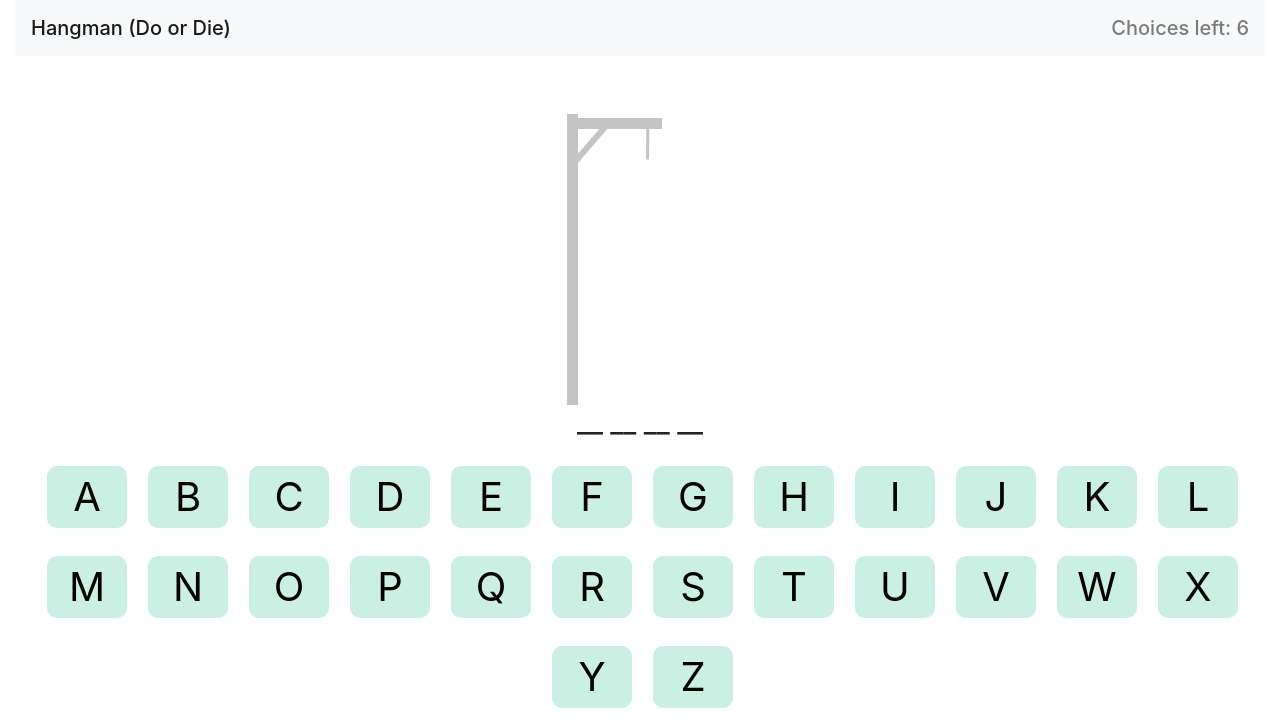
Repository: jatinhchanchlani/hangman
Page: /
These files come from the project's save history. The page is drawn as it stood at one moment and after the next save; the edit follows.
The browser window is 1280 px wide. The pictures show the whole page.
The project was rebuilt for these pictures with package versions that can differ from the ones it lists, and the page was loaded fresh each time. Also part of the build but not shown: src/App.css, src/components/playAgain.jsx.

Above is the page before, as saved 2020-10-25 21:07:59.

### src/index.js
import React from 'react';
import ReactDOM from 'react-dom';
import './index.css';
import App from './App';
import * as serviceWorker from './serviceWorker';
import 'bootstrap/dist/css/bootstrap.css';

ReactDOM.render( <
  React.StrictMode >
  <
  App / >
  <
  /React.StrictMode>,
  document.getElementById('root')
);

// If you want your app to work offline and load faster, you can change
// unregister() to register() below. Note this comes with some pitfalls.
// Learn more about service workers: https://bit.ly/CRA-PWA
serviceWorker.unregister();

### src/App.js
import React from 'react';
import './App.css';
import Game from './components/game';

function App() {
  return ( <
    Game / >
  );
}

export default App;

### src/components/game.jsx
import React, { Component } from "react";
import Header from "./header";
import PlayAgain from "./playAgain";
import { getOutputCharacters } from "../model/cities";
import OutputCharacters from "./outputCharacters";
import Hangman from "./image";
import InputCharacters from "./inputCharacters";

const MAX_CHOICES = 6;

class Game extends Component {
  state = {
    maxChoices: MAX_CHOICES,
    choicesLeft: MAX_CHOICES,
    outputCharacters: getOutputCharacters(),
    inputCharacters: this.getAllLetters(),
  };

  render() {
    return (
      <div className="container-fluid">
        <Header choicesLeft={this.state.choicesLeft} />

        <div className="text-center">
          <Hangman
            choicesLeft={this.state.choicesLeft}
            maxChoices={this.state.maxChoices}
          />
        </div>

        <div className="text-center">
          <OutputCharacters
            characters={this.state.outputCharacters}
            gameLost={this.gameLost()}
          />
        </div>

        <div className="text-center">
          <InputCharacters
            characters={this.state.inputCharacters}
            onClick={(character) => this.handleInputCharacterClicked(character)}
            gameWon={this.gameWon()}
            gameLost={this.gameLost()}
          />

          <PlayAgain
            gameWon={this.gameWon()}
            gameLost={this.gameLost()}
            onClick={() => this.handleReset()}
          />
        </div>
      </div>
    );
  }

  handleInputCharacterClicked(character) {
    if (character.canClick) {
      const { outputCharacters, inputCharacters, choicesLeft } = this.state;
      outputCharacters
        .filter((c) => c.value.toUpperCase() === character.value)
        .map((c) => (c.guessed = true));

      const letterMatch = outputCharacters.some(
        (c) => c.value.toUpperCase() === character.value
      );

      const choices = letterMatch ? choicesLeft : choicesLeft - 1;

      const l = inputCharacters.indexOf(character);
      inputCharacters[l].canClick = false;
      this.setState({
        choicesLeft: choices,
        inputCharacters: inputCharacters,
        outputCharacters: outputCharacters,
      });
    }
  }

  gameWon() {
    return this.state.outputCharacters.every((c) => c.guessed === true);
  }

  gameLost() {
    return this.state.choicesLeft === 0;
  }

  handleReset() {
    this.setState({
      maxChoices: MAX_CHOICES,
      choicesLeft: MAX_CHOICES,
      outputCharacters: getOutputCharacters(),
      inputCharacters: this.getAllLetters(),
    });
  }

  getAllLetters() {
    return Array(26)
      .fill()
      .map((_, index) => String.fromCharCode("A".charCodeAt(0) + index))
      .map((char) => ({ value: char, canClick: true }));
  }
}

export default Game;

### src/components/header.jsx
import React, { Component } from "react";

class Header extends Component {
  render() {
    return (
      <nav className="navbar navbar-light bg-light d-flex flex-column flex-sm-row">
        <span className="navbar-brand mb-0 h1">Hangman (Do or Die)</span>
        <span className="mb-0 h5 navbar-text nav-item">
          Choices left: {this.props.choicesLeft}
        </span>
      </nav>
    );
  }
}

export default Header;

### src/model/cities.js
const MIN = 0;
const MAX = 24;

const cities = {
    0: "Mumbai",
    1: "New Delhi",
    2: "Chennai",
    3: "Hyderabad",
    4: "Bengaluru",
    5: "Ahmedabad",
    6: "Jaipur",
    7: "Kolkata",
    8: "Lucknow",
    9: "Bhopal",
    10: "Chandigarh",
    11: "Patna",
    12: "Jabalpur",
    13: "Pune",
    14: "Surat",
    15: "Indore",
    16: "Kanpur",
    17: "Visakhapatnam",
    18: "Agra",
    19: "Varanasi",
    20: "Amritsar",
    21: "Udaipur",
    22: "Noida",
    23: "Ludhiana",
    24: "Gwalior",
}

// Returns a random number between min and max. Min and max are both inclusive
export function getRandomIntInclusive(min, max) {
    min = Math.ceil(min);
    max = Math.floor(max);
    return Math.floor(Math.random() * (max - min + 1) + min);
}

export function getOutputCharacters() {
    const city = cities[getRandomIntInclusive(MIN, MAX)];
    return [...city].map(c => ({
        value: c,
        guessed: false
    }));
}

### src/components/outputCharacters.jsx
import React, { Component } from "react";

class OutputCharacters extends Component {
  render() {
    const { characters, gameLost } = this.props;
    console.log(characters);
    return (
      <React.Fragment>
        <h3>{characters.map((c) => this.getCharacter(c, gameLost))}</h3>
      </React.Fragment>
    );
  }

  getCharacter(character, gameLost) {
    const emptySpace = "        ";
    if (character.value === " ") {
      return emptySpace;
    } else {
      if (character.guessed || gameLost) {
        return character.value.toUpperCase() + emptySpace;
      } else {
        return "__" + emptySpace;
      }
    }
  }
}

export default OutputCharacters;

### src/components/image.jsx
import React, { Component } from "react";

class Image extends Component {
  render() {
    const { choicesLeft, maxChoices } = this.props;
    const imagePath = maxChoices - choicesLeft + ".jpg";
    return <img src={require("../images/" + imagePath)} alt={imagePath} />;
  }
}

export default Image;

### src/components/inputCharacters.jsx
import React, { Component } from "react";
import "../css/letters.css";

class InputCharacters extends Component {
  render() {
    const { characters, gameWon, gameLost } = this.props;
    console.log(gameWon);
    if (gameWon || gameLost) {
      return null;
    } else {
      return characters.map((character) => (
        <button
          key={character.value}
          className="letter-button"
          style={{ backgroundColor: this.getBackground(character) }}
          onClick={() => this.props.onClick(character)}
        >
          {character.value}
        </button>
      ));
    }
  }

  getBackground(character) {
    if (character.canClick) {
      return "#c9f0e2";
    } else {
      return "Red";
    }
  }
}

export default InputCharacters;

### src/css/letters.css
.letter-button {
    border: none;
    font-family: inherit;
    font-size: 2.5rem;
    cursor: pointer;
    width: 5rem;
    margin: 18px 8px 10px 13px;
    letter-spacing: 0;
    outline: none !important;
    color: #000;
    border-radius: 10px;
}

.letter-button:hover {
    box-shadow: 0 12px 16px 0 rgba(0, 0, 0, 0.24), 0 17px 50px 0 rgba(0, 0, 0, 0.19);
}

Loaded but not shown: public/index.html (common file); src/index.css (common file); src/serviceWorker.js (common file)

After the next save:
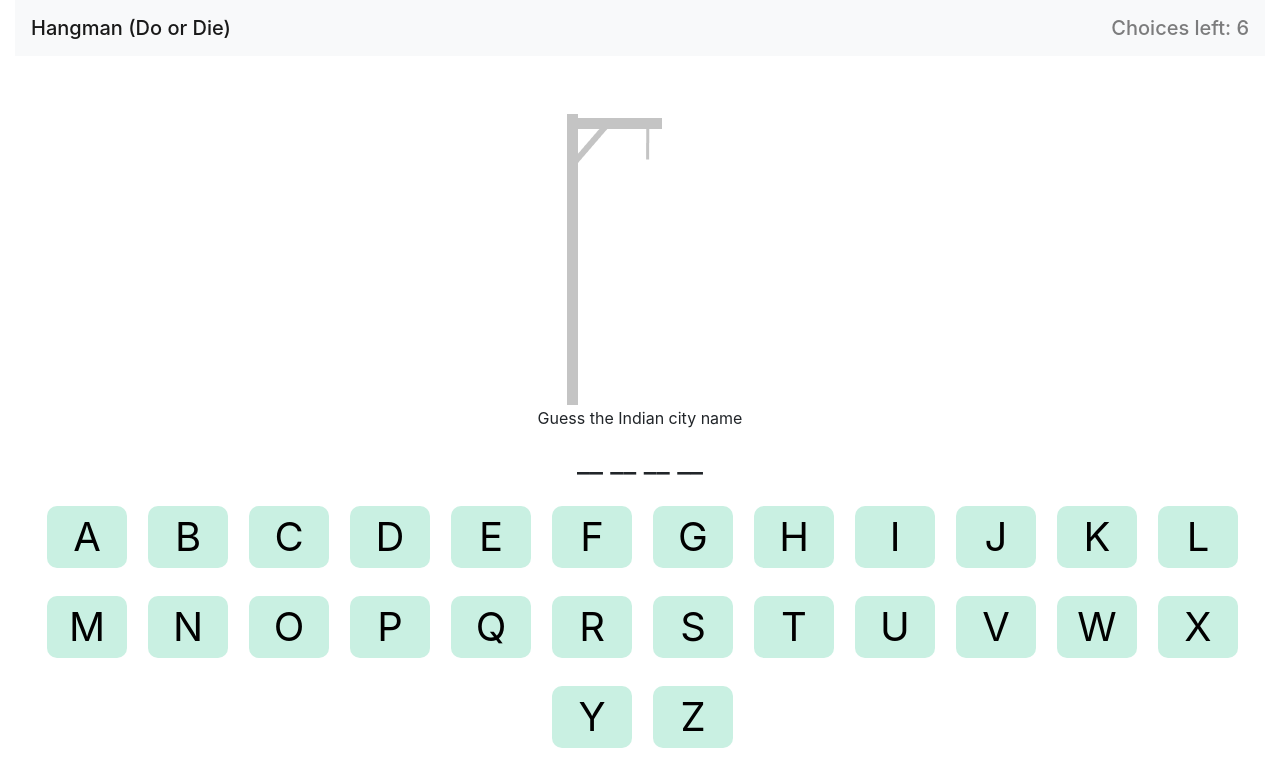
Saved 51 s later.
--- a/src/components/outputCharacters.jsx
+++ b/src/components/outputCharacters.jsx
@@ -6,6 +6,7 @@ class OutputCharacters extends Component {
     console.log(characters);
     return (
       <React.Fragment>
+        <p>Guess the Indian city name</p>
         <h3>{characters.map((c) => this.getCharacter(c, gameLost))}</h3>
       </React.Fragment>
     );
